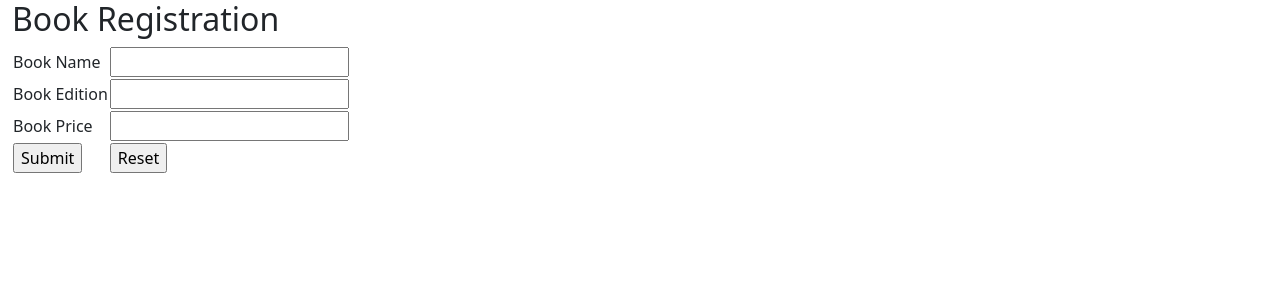
Repository: saurabh-7079/BookApp
Page: BookWebApp/WebContent/home.html
These files come from the project's save history. The page is drawn as it stood at one moment and after the next save; the edit follows.
The browser window is 1280 px wide. The pictures show the whole page.

Above is the page before, as saved 2023-06-05 06:01:52.

### BookWebApp/WebContent/home.html
<!DOCTYPE html>
<html>
<head>
<meta charset="ISO-8859-1">
<title>Insert title here</title>
<link rel="stylesheet" href="css/bootstrap.css">
</head>
<body class="container-fluid">

<h2>Book Registration</h2>
<form action="register" method="post">
<table>
<tr>
<td> Book Name </td>
<td><input type="text" name="bookName"></td>
</tr>
<tr>
<td> Book Edition </td>
<td><input type="text" name="bookEditon"></td>
</tr>
<tr>
<td> Book Price </td>
<td><input type="text" name="bookPrice"></td>
</tr>
<tr>
<td><input type="submit" name="register"></td>
<td><input type="reset" name="cancel"></td>
</tr>
</table>
</form>
</body>
</html>

Loaded but not shown: BookWebApp/WebContent/css/bootstrap.css (library)

After the next save:
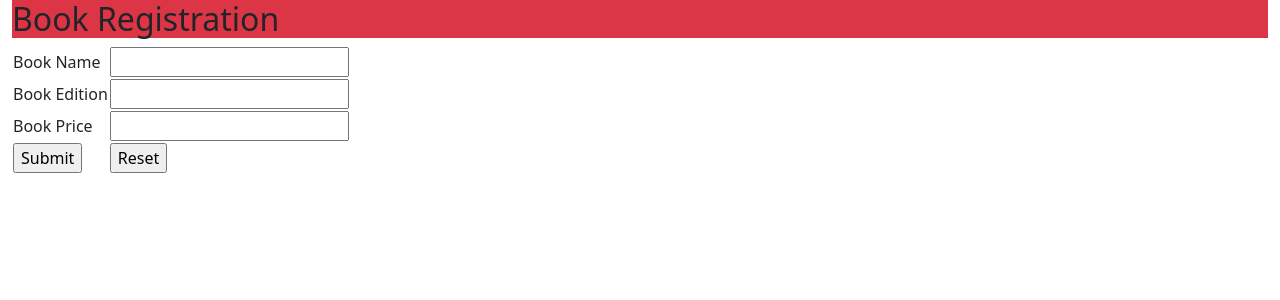
Saved 65 s later.
--- a/BookWebApp/WebContent/home.html
+++ b/BookWebApp/WebContent/home.html
@@ -7,7 +7,8 @@
 </head>
 <body class="container-fluid">
 
-<h2>Book Registration</h2>
+<h2 class=bg-danger>Book Registration</h2>
+
 <form action="register" method="post">
 <table>
 <tr>
